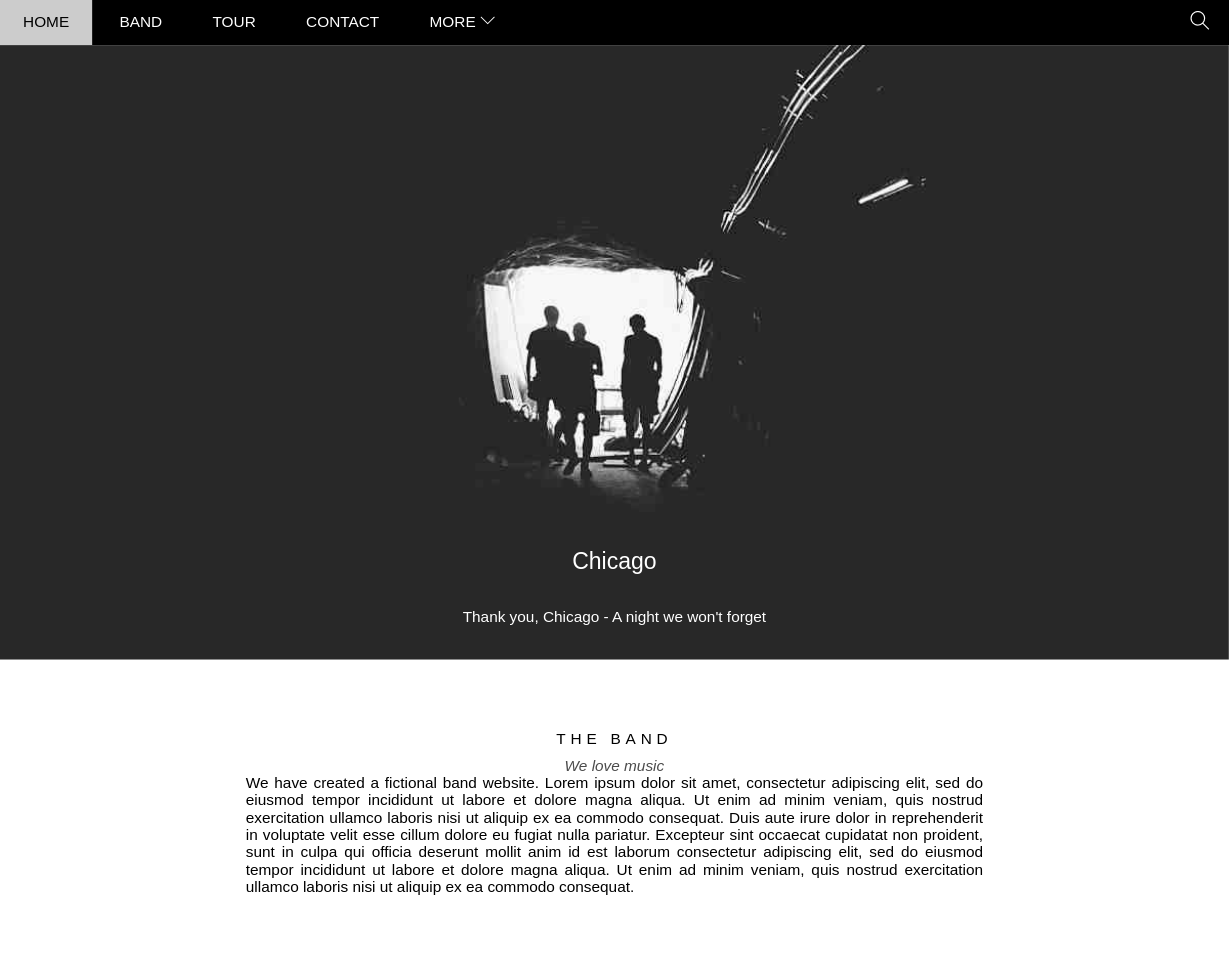
Repository: thanhsonnguyen-gif/f8-learn
Page: projectDemoTheBand/index.html
These files come from the project's save history. The page is drawn as it stood at one moment and after the next save; the edit follows.
The browser window is 1280 px wide. The pictures show the whole page, at 96% of full size.

Above is the page before, as saved 2022-06-24 17:49:53.

After the next save:
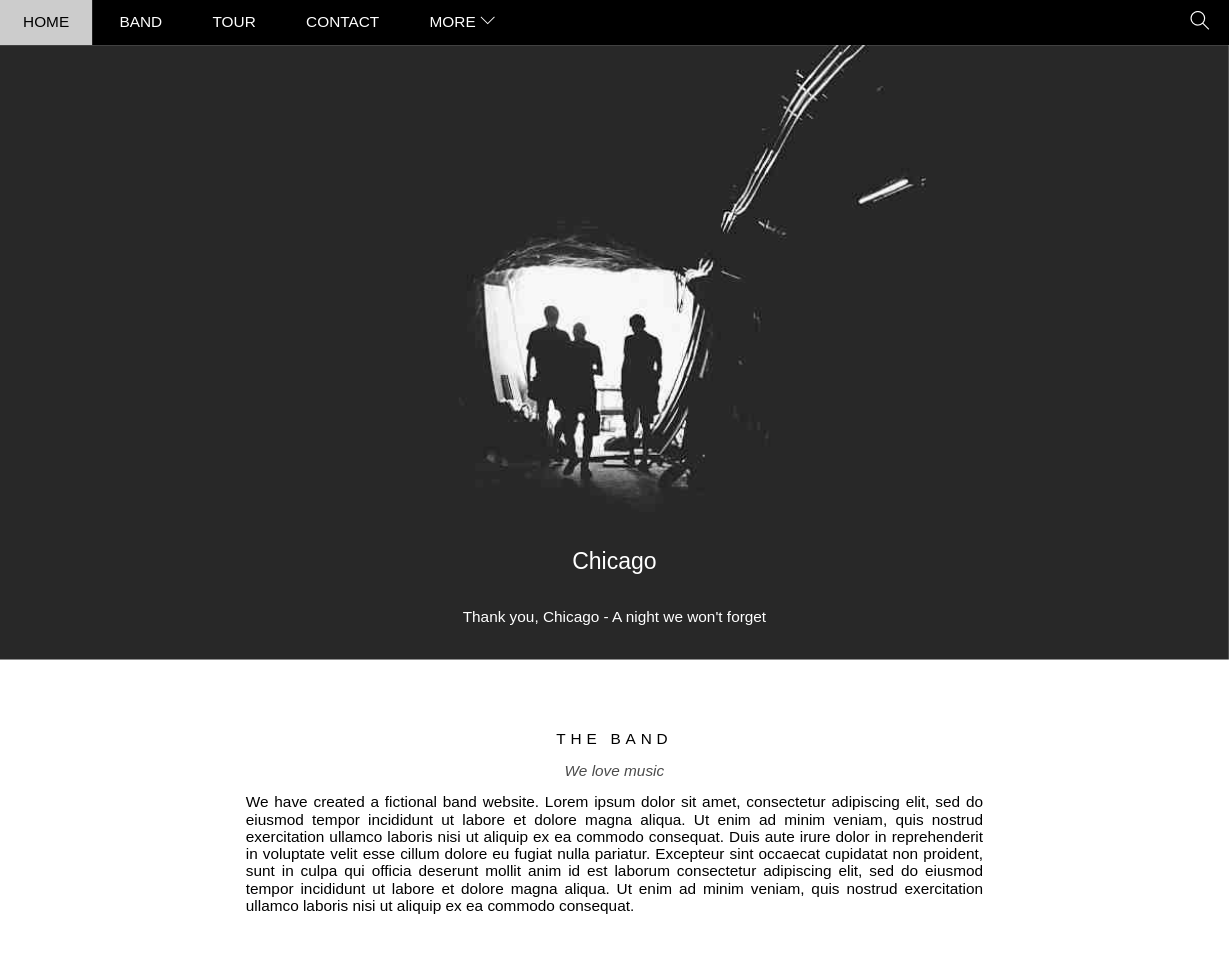
Saved 20 s later.
--- a/projectDemoTheBand/assets/css/style.css
+++ b/projectDemoTheBand/assets/css/style.css
@@ -133,7 +133,7 @@ margin: 10px 0;
 text-align: center;
 font-style: italic;
 opacity: 0.7;
-margin: 0 15px;
+margin: 15px 0;
 }
 
 .text-about{
